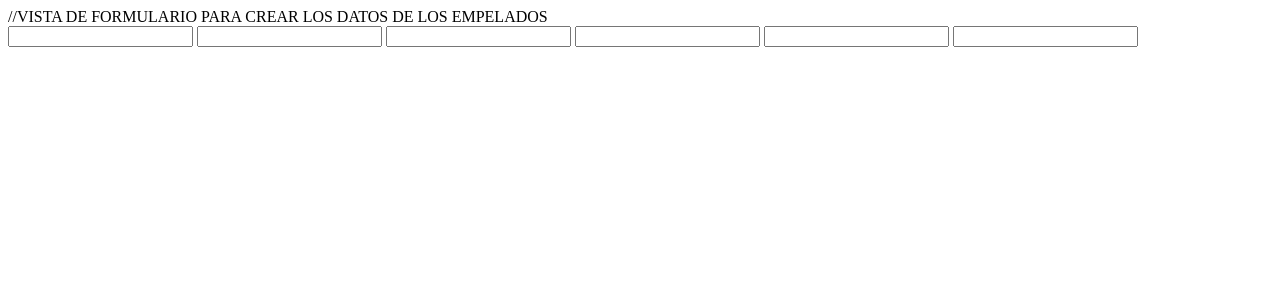
Repository: LionardoGomiz/CRUD-LARAVEL
Page: http://localhost/empleado/create
These files come from the project's save history. The page is drawn as it stood at one moment and after the next save; the edit follows.
The browser window is 1280 px wide. The pictures show the whole page.
The page is served by the project's Laravel application, run on PHP 8.4 with Laravel 8. Other server files are loaded and not shown.

Above is the page before, as saved 2021-08-02 14:42:06.

### CRUD-Laravel/routes/web.php
<?php

use Illuminate\Support\Facades\Route;
use App\Http\Controllers\EmpleadoController; //IMPORTAR EL CONTROLADOR A USAR
/*
|--------------------------------------------------------------------------
| Web Routes
|--------------------------------------------------------------------------
|
| Here is where you can register web routes for your application. These
| routes are loaded by the RouteServiceProvider within a group which
| contains the "web" middleware group. Now create something great!
|
*/

Route::get('/', function () {
    return view('welcome');
});

//RUTA PARA ACCEDER A MIS VISTAS
Route::get('/empleado', function () {
    return view('empleado.index');
});

//RUTA PARA ACCEDER A LOS METODOS DE MI CONTROLADOR DE FORMA INDIVIDUAL
Route::get('/empleado/create', [EmpleadoController::class,'create']);

//RUTA PARA ACCEDER A TODOS LOS METODOS DE MI CONTROLADOR
Route::resource('empleado',EmpleadoController::class);

### CRUD-Laravel/app/Http/Controllers/EmpleadoController.php
<?php

namespace App\Http\Controllers;

use App\Models\Empleado;
use Illuminate\Http\Request;

class EmpleadoController extends Controller
{
    /**
     * Display a listing of the resource.
     *
     * @return \Illuminate\Http\Response
     */
    public function index()
    {
        return view('empleado.index');
    }

    /**
     * Show the form for creating a new resource.
     *
     * @return \Illuminate\Http\Response
     */
    public function create()
    {
        return view('empleado.create');
    }

    /**
     * Store a newly created resource in storage.
     *
     * @param  \Illuminate\Http\Request  $request
     * @return \Illuminate\Http\Response
     */
    public function store(Request $request)
    {
        //
    }

    /**
     * Display the specified resource.
     *
     * @param  \App\Models\Empleado  $empleado
     * @return \Illuminate\Http\Response
     */
    public function show(Empleado $empleado)
    {
        //
    }

    /**
     * Show the form for editing the specified resource.
     *
     * @param  \App\Models\Empleado  $empleado
     * @return \Illuminate\Http\Response
     */
    public function edit(Empleado $empleado)
    {
        //
    }

    /**
     * Update the specified resource in storage.
     *
     * @param  \Illuminate\Http\Request  $request
     * @param  \App\Models\Empleado  $empleado
     * @return \Illuminate\Http\Response
     */
    public function update(Request $request, Empleado $empleado)
    {
        //
    }

    /**
     * Remove the specified resource from storage.
     *
     * @param  \App\Models\Empleado  $empleado
     * @return \Illuminate\Http\Response
     */
    public function destroy(Empleado $empleado)
    {
        //
    }
}

### CRUD-Laravel/resources/views/empleado/create.blade.php
//VISTA DE FORMULARIO PARA CREAR LOS DATOS DE LOS EMPELADOS
<form action="" method="POST" enctype="multipart/form-data">
<input type="text" name="Nombre">
<input type="text" name="ApellidoPaterno">
<input type="text" name="ApellidoMaterno">
<input type="text" name="Correo">
<input type="text" name="Foto">
<input type="text" name="Enviar">
</form>

Loaded but not shown: CRUD-Laravel/app/Http/Controllers/Controller.php (common file)

After the next save:
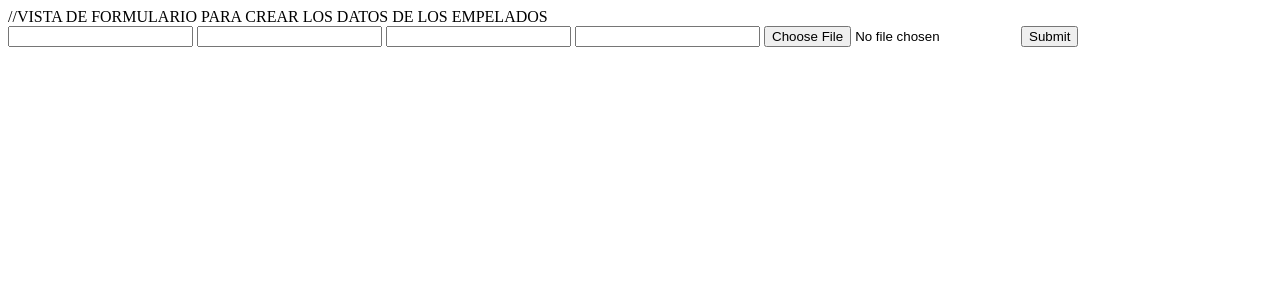
Saved 11 s later.
--- a/CRUD-Laravel/resources/views/empleado/create.blade.php
+++ b/CRUD-Laravel/resources/views/empleado/create.blade.php
@@ -4,6 +4,6 @@
 <input type="text" name="ApellidoPaterno">
 <input type="text" name="ApellidoMaterno">
 <input type="text" name="Correo">
-<input type="text" name="Foto">
-<input type="text" name="Enviar">
+<input type="file" name="Foto">
+<input type="submit" name="Enviar">
 </form>
